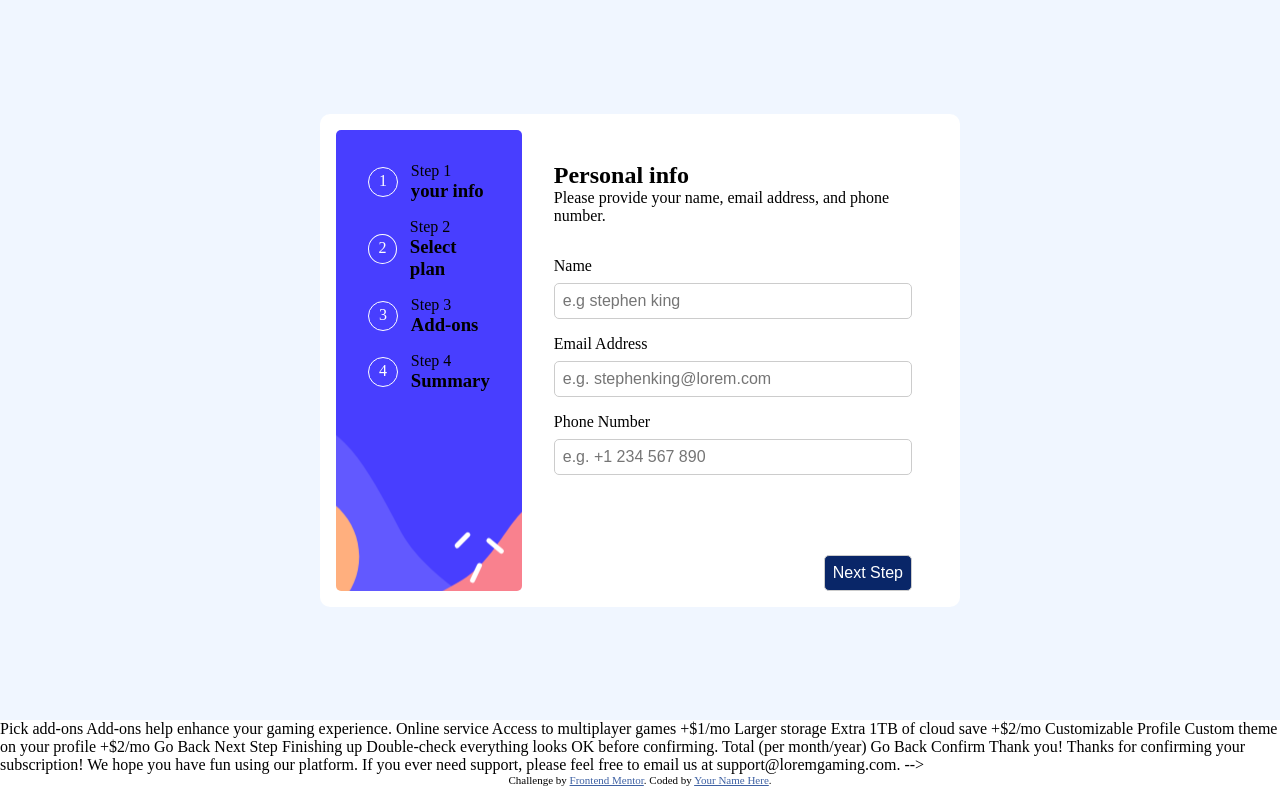
Repository: reemoon-ctrl/reemoon-ctrl.github.io
Page: index.html
An editor plug-in stored every save of this project. The page is shown before and after a run of saves, followed by the edit.
The browser window is 1280 px wide. The pictures show the whole page.

Above is the page before, as saved 2025-04-29 10:03:15.

### index.html
<!DOCTYPE html>
<html lang="en">

<head>
  <meta charset="UTF-8">
  <meta name="viewport" content="width=device-width, initial-scale=1.0">
  <!-- displays site properly based on user's device -->

  <link rel="icon" type="image/png" sizes="32x32" href="./assets/images/favicon-32x32.png">
  <link rel="stylesheet" href="./style.css">
  <title>Frontend Mentor | Multi-step form</title>

  <!-- Feel free to remove these styles or customise in your own stylesheet 👍 -->
  <style>
    .attribution {
      font-size: 11px;
      text-align: center;
    }

    .attribution a {
      color: hsl(219, 45%, 44%);
    }
  </style>
</head>

<body>
  <div class="containerCenter">
    <div class="container">
      <div class="sidebar">
        <ul class="sidebarList">
          <li class="sidebar_ele">
            <div>1</div>
            <div>
              <p>Step 1</p>
              <h3>your info</h3>
            </div>
          </li>
          <li class="sidebar_ele">
            <div>2</div>
            <div>
              <p> Step 2</p>
              <h3>Select plan</h3>
            </div>

          </li>
          <li class="sidebar_ele">
            <div>3</div>
            <div>
              <p>Step 3</p>
              <h3>Add-ons</h3>
            </div>
          </li>
          <li class="sidebar_ele">
            <div>4</div>
            <div>
              <p>Step 4</p>
              <h3>Summary</h3>
            </div>

          </li>
        </ul>
      </div>
      <div class="main">
        <div class="formHeader">
          <h2>Personal info</h2>
          <p>Please provide your name, email address, and phone number.
          </p>
        </div>
        <form class="formContainer">
          <div class="formLabelInput">
            <label for="name">Name</label>
            <input type="text" id="name" name="name" placeholder="e.g stephen king">
          </div>
          <div class="formLabelInput">
            <label for="email">Email Address</label>
            <input type="email" id="email" name="email" placeholder="e.g. stephenking@lorem.com">
          </div>
          <div class="formLabelInput">
            <label for="phone">Phone Number</label>
            <input type="tel" name="phone number" placeholder="e.g. +1 234 567 890">
          </div>
          <div id="nextStep">
            <!-- <label for="username">Username:</label> -->
            <button type="button" id="nextStepbtn" name="next step">Next Step</button>
          </div>
        </form>

        <!-- Step 1 end -->
      </div>

    </div>
  </div>

  <!-- Sidebar start -->



  <!-- Sidebar end -->



  <!-- Step 2 start -->
  <!--
  Select your plan
  You have the option of monthly or yearly billing.

  Arcade
  $9/mo

  Advanced
  $12/mo

  Pro
  $15/mo

  Monthly
  Yearly

  Go Back
  Next Step

  <!-- Step 2 end -->

  <!-- Step 3 start -->

  Pick add-ons
  Add-ons help enhance your gaming experience.

  Online service
  Access to multiplayer games
  +$1/mo

  Larger storage
  Extra 1TB of cloud save
  +$2/mo

  Customizable Profile
  Custom theme on your profile
  +$2/mo

  Go Back
  Next Step

  <!-- Step 3 end -->

  <!-- Step 4 start -->

  Finishing up
  Double-check everything looks OK before confirming.

  <!-- Dynamically add subscription and add-on selections here -->

  Total (per month/year)

  Go Back
  Confirm

  <!-- Step 4 end -->

  <!-- Step 5 start -->

  Thank you!

  Thanks for confirming your subscription! We hope you have fun
  using our platform. If you ever need support, please feel free
  to email us at support@loremgaming.com. -->

  <!-- Step 5 end -->

  <div class="attribution">
    Challenge by <a href="https://www.frontendmentor.io?ref=challenge" target="_blank">Frontend Mentor</a>.
    Coded by <a href="#">Your Name Here</a>.
  </div>
</body>

</html>

### style.css
*{
    padding: 0;
    margin: 0;
    box-sizing:border-box;
}
.container{
    background: #ffffff;
    display: grid;
    grid-template-columns: 1fr 3fr;
    padding: 1rem;
    width:50%;
    height:fit-content;
    align-items: center;
    justify-content: center;
    align-content: center;;
    justify-items:center ;
    z-index: 100;
    /* margin-top: 25%; */
    border-radius: 10px;

}
.containerCenter{
    height:100vh;
    display: flex;
    justify-content: center;
    align-items: center;
    align-content: center;
    background-color: #f0f6ff;
}
.main{
    padding: 2rem 2rem 0 2rem;
    display: grid;
}
.sidebar{
    border-radius: 5px;
    height:100% ;
    padding: 2rem;
    background:no-repeat url(./assets/images/bg-sidebar-desktop.svg) center ;
}
.sidebarList{
    list-style: none;
    display: flex;
    flex-direction: column;
    gap: 1rem;
    justify-content: space-between;
    /* height: 100%; */
}
.sidebar_ele{
    display: flex;
    /* align-content:stretch; */
    gap: .8rem;
    align-items: center;
}
.sidebar_ele>div:first-child{
    width: 30px;
    height:30px;
    /* background-color: #adbeff; */
    border: 1px solid #ffffff;
    border-radius: 50%;
    text-align: center;
    padding: .3rem .5rem .3rem .5rem ;
    color:#fff;
}
.sidebar_ele>div:last-child:p{
    font-size: 1.2rem;
    color: #fff;
}
.formContainer{
    display: grid;
    grid-template-columns:1fr ;
    gap:1rem ;
}
.formHeader{
    padding-bottom: 2rem;
}
.formLabelInput{
    display: flex;
    flex-direction: column;
    gap:.5rem;
}
#nextStep{
    display: flex;
    justify-content:flex-end;
    align-items: center;
    /* background-color: #bff2f6; */
    padding-top: 4rem;
}
#nextStepbtn{
    padding: .5rem;
    border-radius: 5px;
    border: 1px solid #ccc;
    background-color: #092668;
    color: #fff;
    font-size: 1rem;
    /* color: #333; */
    cursor: pointer;
}
.formLabelInput>input{
    padding: .5rem;
    border-radius: 5px;
    border: 1px solid #ccc;
    background-color: #fff;
    font-size: 1rem;
    color: #333;
}

After the next 2 saves:
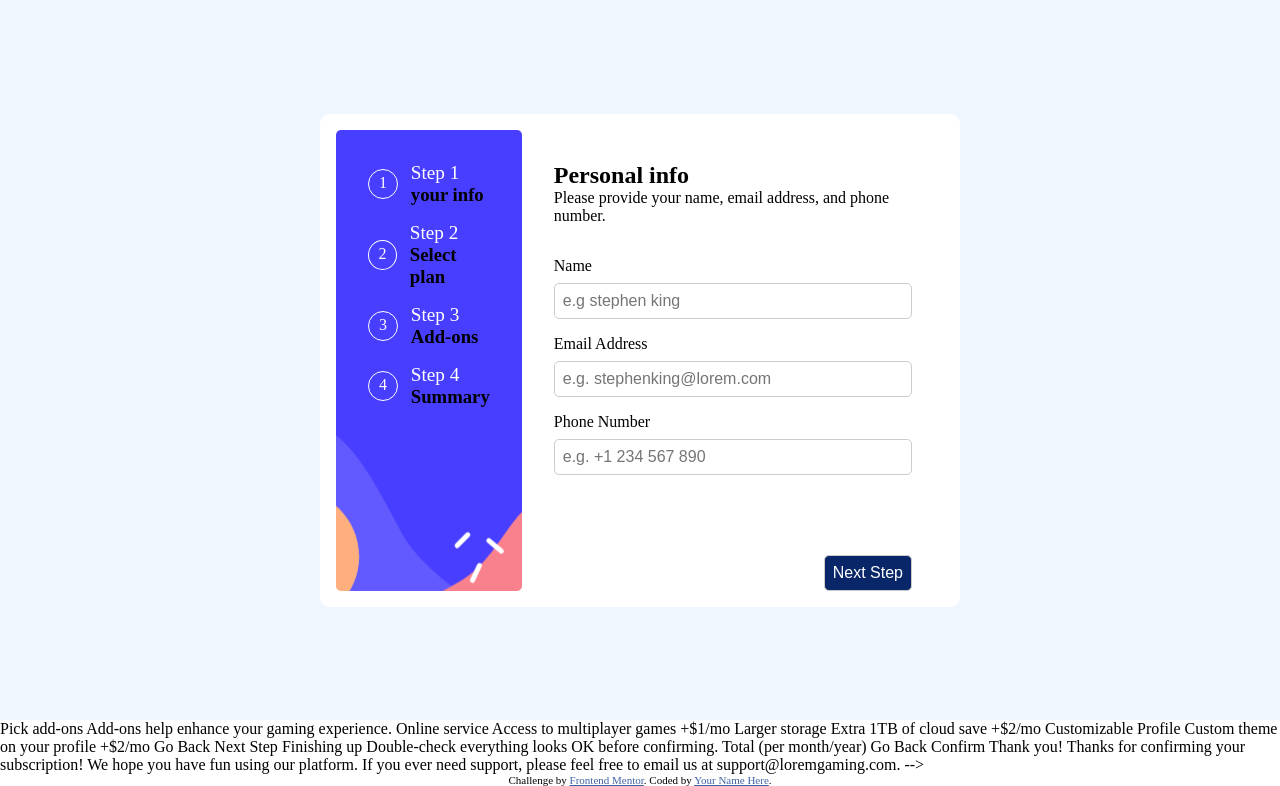
The 2 saves are shown as one change because they came seconds apart.
The last was saved 8 s later.
--- a/style.css
+++ b/style.css
@@ -61,7 +61,7 @@
     padding: .3rem .5rem .3rem .5rem ;
     color:#fff;
 }
-.sidebar_ele>div:last-child:p{
+.sidebar_ele>div:last-child>p{
     font-size: 1.2rem;
     color: #fff;
 }
